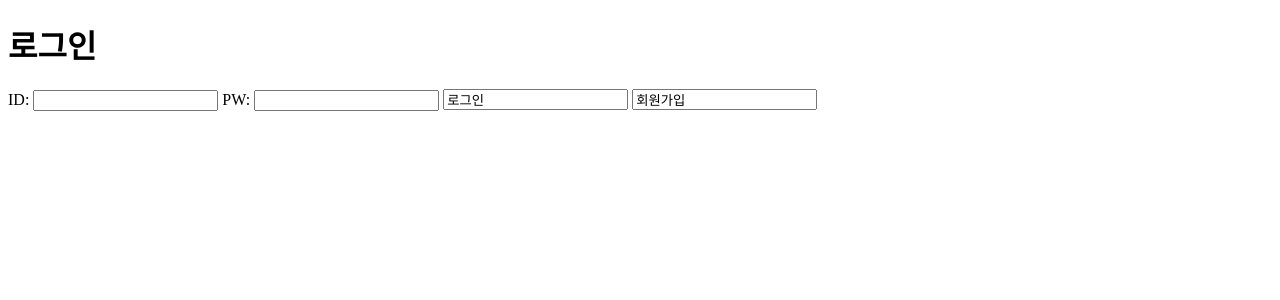
Repository: euniiee/test11
Page: http://localhost/Project/Login.jsp
These files come from the project's save history. The page is drawn as it stood at one moment and after the next save; the edit follows.
The browser window is 1280 px wide. The pictures show the whole page.
The page is served by Tomcat 9. Other server files are loaded and not shown.

Above is the page before, as saved 2023-02-01 01:00:50.

### Project/WebContent/Login.jsp
<%@ page language="java" contentType="text/html; charset=UTF-8"
    pageEncoding="UTF-8"%>
<!DOCTYPE html>
<html>
<head>
<meta charset="UTF-8">
<title>Insert title here</title>
<script src="https://code.jquery.com/jquery-3.6.3.js" integrity="sha256-nQLuAZGRRcILA+6dMBOvcRh5Pe310sBpanc6+QBmyVM=" crossorigin="anonymous"></script>
<style>

</style>
</head>
<body>
	<h1>로그인</h1>
	ID: <input class="id" name="id">
	PW: <input class="pw" name="pw">
	<input value="로그인">
	<input value="회원가입">
</body>
</html>

After the next save:
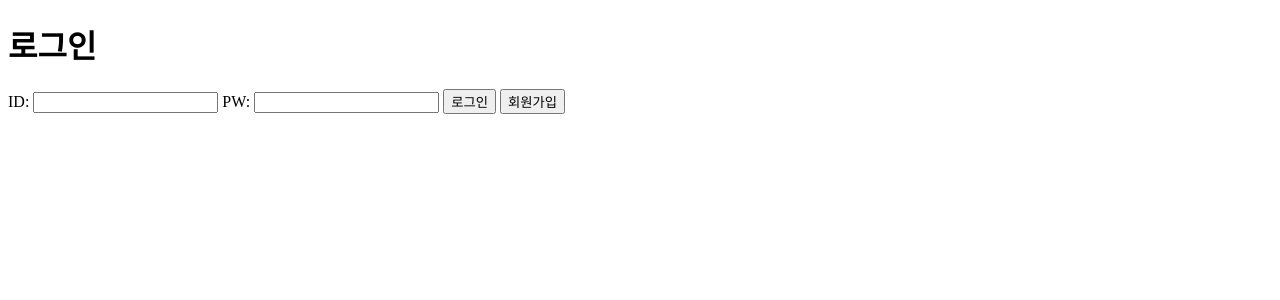
Saved 38 s later.
--- a/Project/WebContent/Login.jsp
+++ b/Project/WebContent/Login.jsp
@@ -14,7 +14,7 @@
 	<h1>로그인</h1>
 	ID: <input class="id" name="id">
 	PW: <input class="pw" name="pw">
-	<input value="로그인">
-	<input value="회원가입">
+	<input type="button" value="로그인">
+	<input type="button" value="회원가입">
 </body>
 </html>
